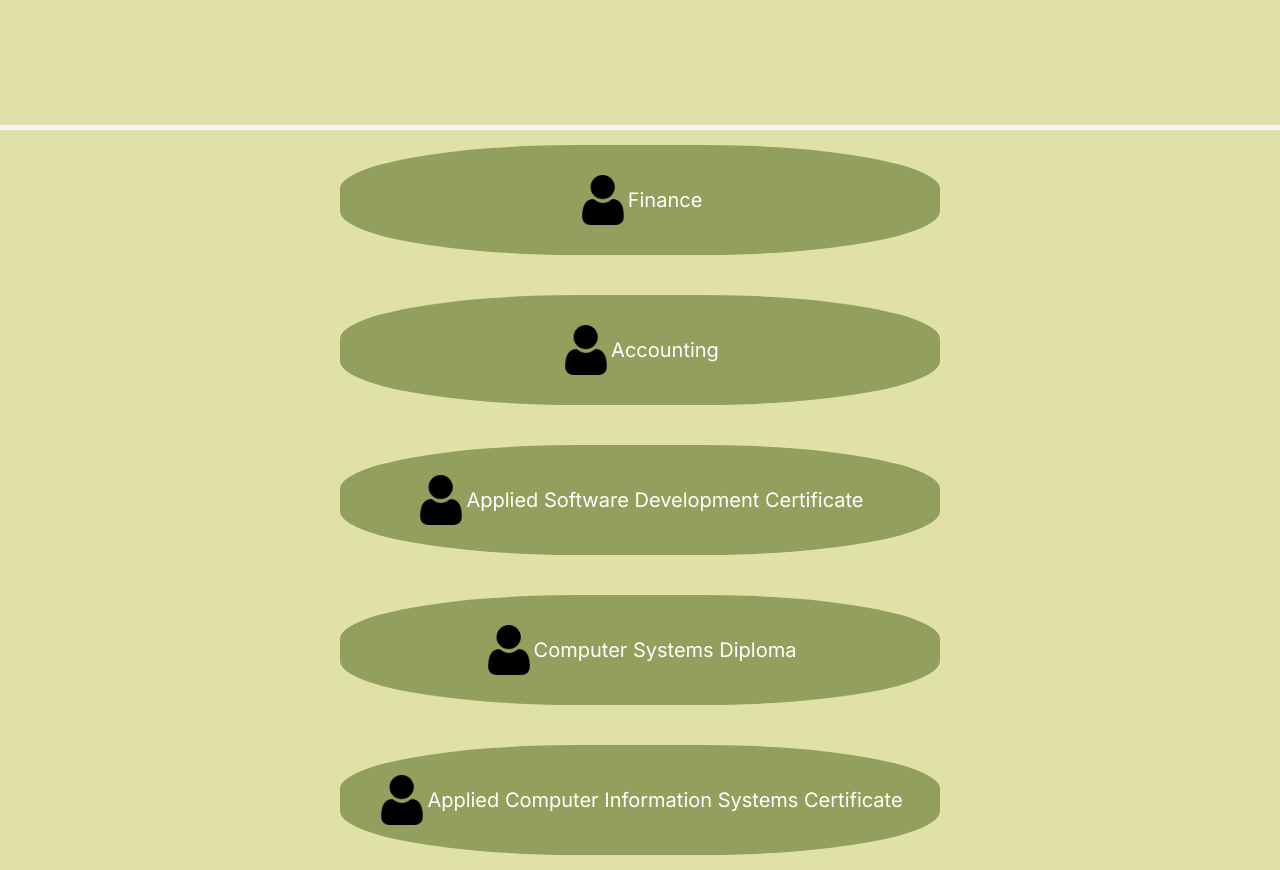
Repository: jennydmcm/class03practice
Page: /
An editor plug-in stored every save of this project. The page is shown before and after the next save, followed by the edit.
The browser window is 1280 px wide. The pictures show the whole page.
The project was rebuilt for these pictures with package versions that can differ from the ones it lists, and the page was loaded fresh each time. The framework's server and built-in components were replaced by stand-ins that run in the browser. Also part of the build but not shown: next.config.js.

Above is the page before, as saved 2023-01-25 13:11:42.

After the next save:
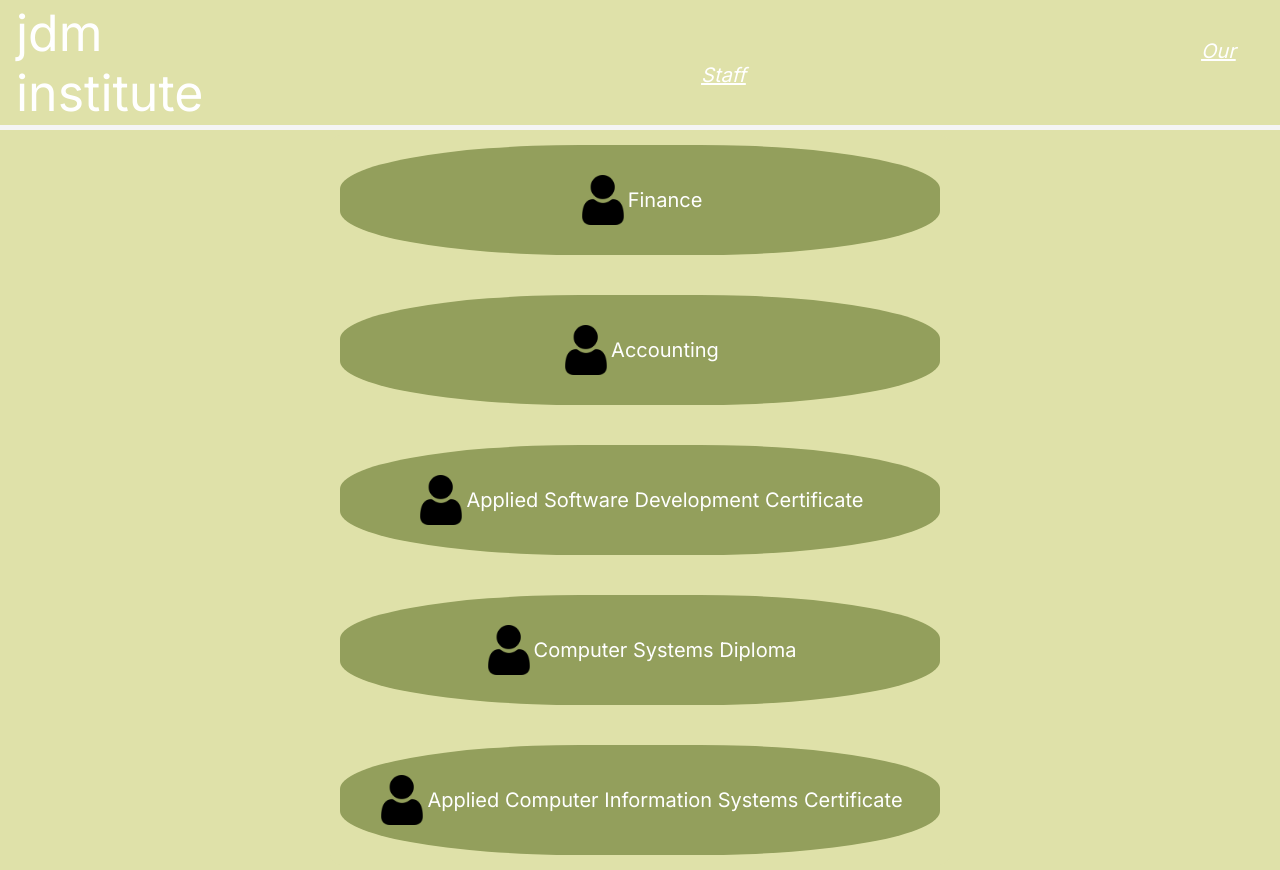
Saved 4 s later.
--- a/styles/Home.module.css
+++ b/styles/Home.module.css
@@ -36,7 +36,7 @@
   color: white;
   font-style: italic;
   text-decoration: underline;
-  padding-left: 4500px;
+  padding-left: 500px;
 }
 .link:hover{
   color: black;
